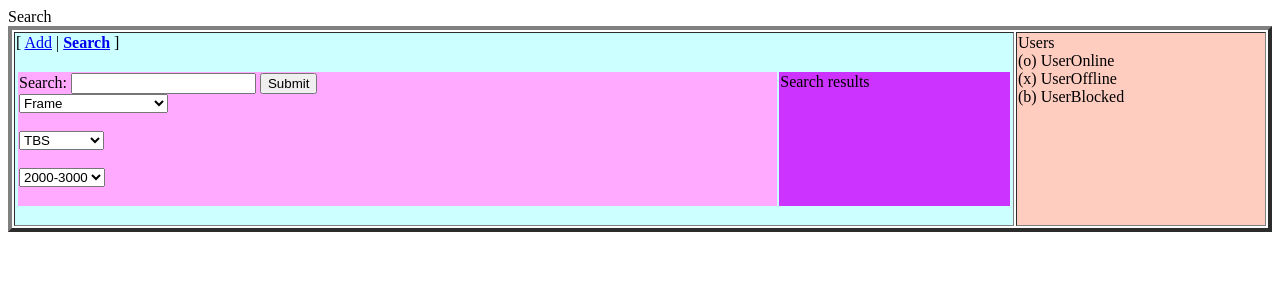
Repository: nevinleiby/SwapRC
Page: search_interface.html
An editor plug-in stored every save of this project. The page is shown before and after the next save, followed by the edit.
The browser window is 1280 px wide. The pictures show the whole page.

Above is the page before, as saved 2019-09-08 01:50:25.

After the next save:
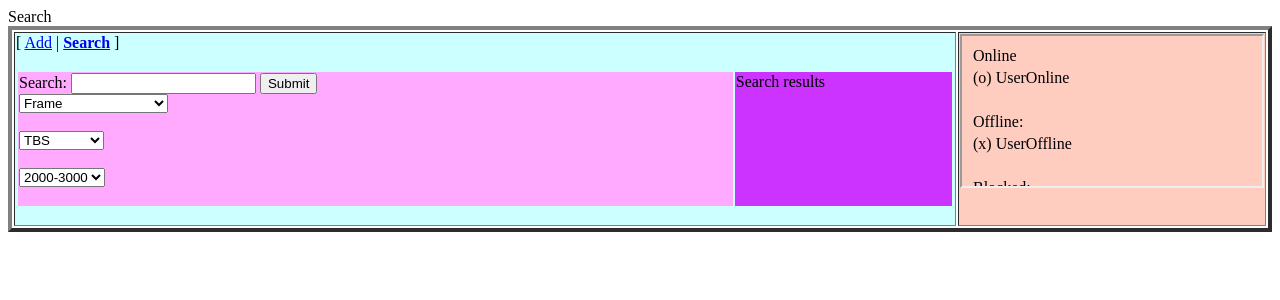
Saved 37 s later.
--- a/search_interface.html
+++ b/search_interface.html
@@ -65,11 +65,9 @@
 
                     </td>
                     <td border=2 bgcolor="ffccccc" valign=top>
-                        Users
-                        <br>
-                        (o) UserOnline<br>
-                        (x) UserOffline<br>
-                        (b) UserBlocked<br>
+                        <frameset>
+                                <iframe src="./frame_users.html">
+                        </frameset>
                     </td>
                 </tr>
             </table>
